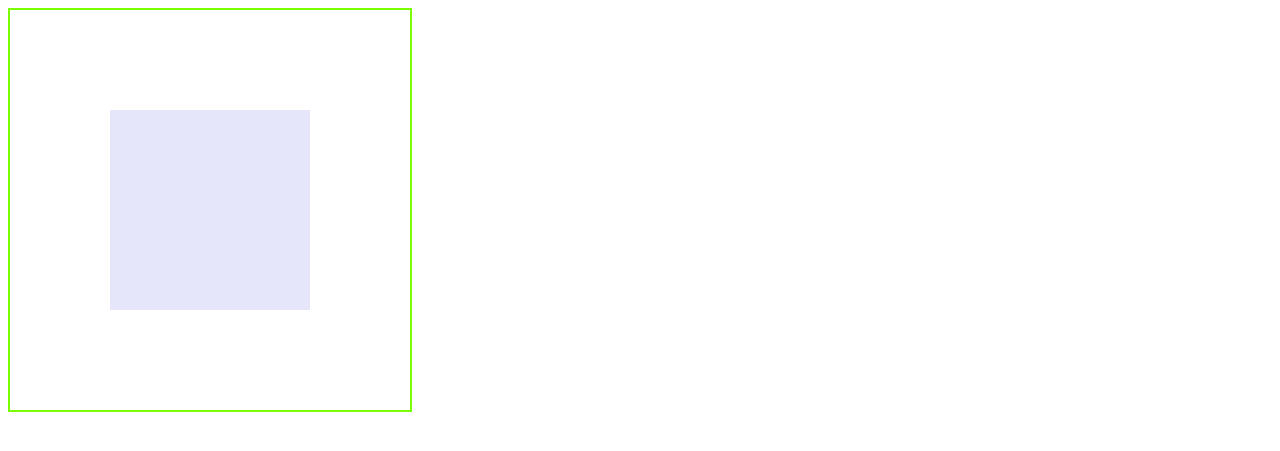
Repository: xzm1997/huntjob
Page: 面试/常见问题/practice/practice_2.html
These files come from the project's save history. The page is drawn as it stood at one moment and after the next save; the edit follows.
The browser window is 1280 px wide. The pictures show the whole page.

Above is the page before, as saved 2022-06-14 09:24:02.

After the next save:
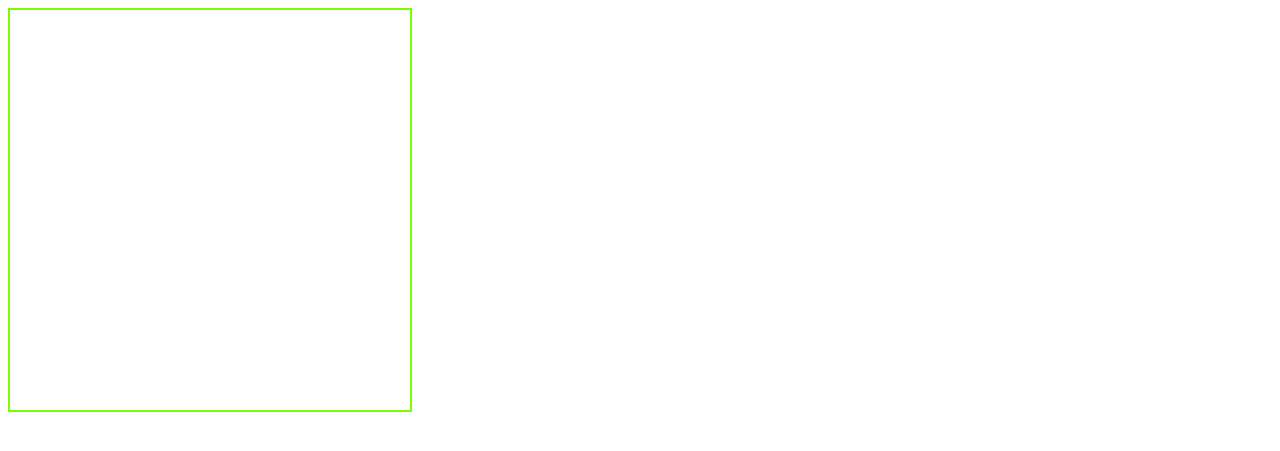
Saved 71 s later.
--- a/面试/常见问题/practice/practice_2.html
+++ b/面试/常见问题/practice/practice_2.html
@@ -10,17 +10,9 @@
             width: 400px;
             height: 400px;
             border: solid lawngreen 2px;
-            position: relative;
-        }
-        .box {
-            width: 200px;
-            height: 200px;
-            background: lavender;
-            position: absolute;
-            left: 50%;
-            top: 50%;
-            margin-left: -100px;
-            margin-top: -100px;
+            display: flex;
+            justify-content: center;
+            align-items: center;
         }
     </style>
 </head>
